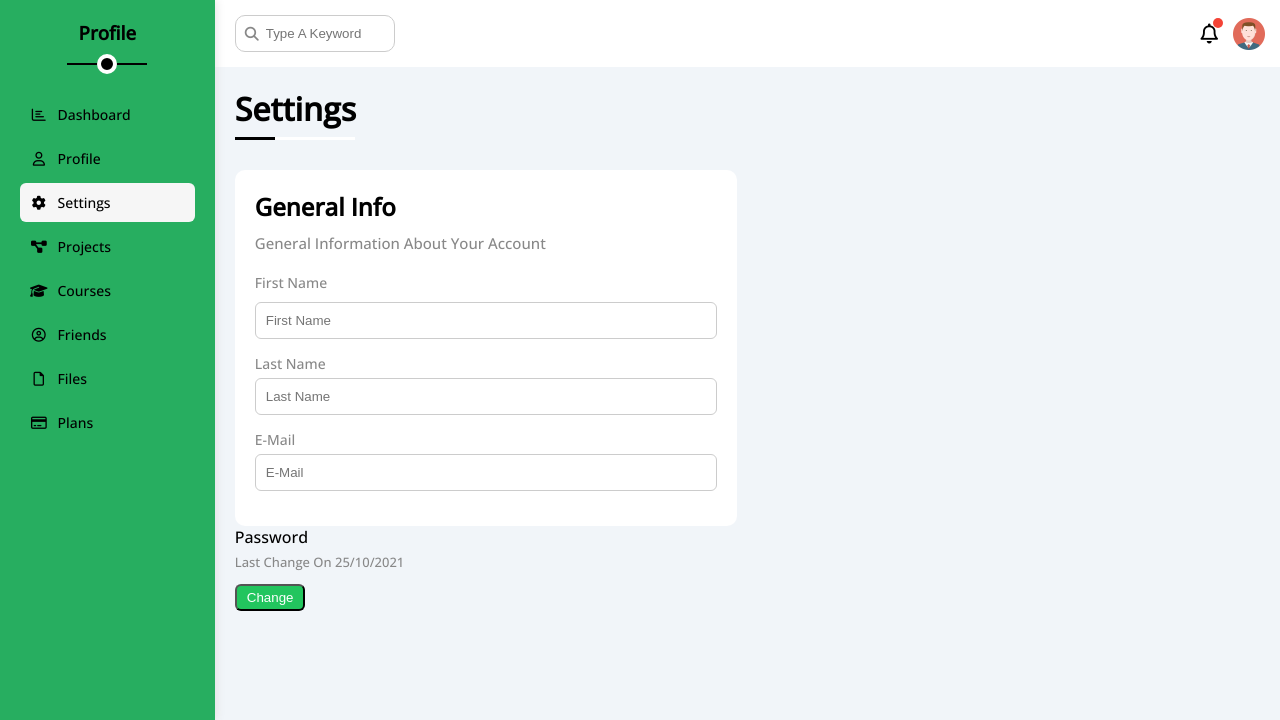
Repository: souhailaniba/Bookly
Page: public/assets/books webstie/settings.html
An editor plug-in stored every save of this project. The page is shown before and after the next save, followed by the edit.
The browser window is 1280 px wide. The pictures show the whole page.

Above is the page before, as saved 2023-01-27 15:01:37.

### public/assets/books webstie/settings.html
<!DOCTYPE html>
<html lang="en">
  <head>
    <meta charset="UTF-8" />
    <meta http-equiv="X-UA-Compatible" content="IE=edge" />
    <meta name="viewport" content="width=device-width, initial-scale=1.0" />
    <title>Settings</title>
    <link rel="stylesheet" href="css/all.min.css" />
    <link rel="stylesheet" href="css/framework.css" />
    <link rel="stylesheet" href="css/master.css" />
    <link rel="preconnect" href="https://fonts.googleapis.com" />
    <link rel="preconnect" href="https://fonts.gstatic.com" crossorigin />
    <link href="https://fonts.googleapis.com/css2?family=Open+Sans:wght@300;500&display=swap" rel="stylesheet" />
  </head>
  <body>
    <div class="page d-flex">
      <div class="sidebar bg-white p-20 p-relative"   style="background-color: #27ae60;">
        <h3 class="p-relative txt-c mt-0">Profile</h3>
        <ul>
          <li>
            <a class="d-flex align-center fs-14 c-black rad-6 p-10" href="profil.html">
              <i class="fa-regular fa-chart-bar fa-fw"></i>
              <span>Dashboard</span>
            </a>
          </li>
          <li>
            <a class="d-flex align-center fs-14 c-black rad-6 p-10" href="profile.html">
              <i class="fa-regular fa-user fa-fw"></i>
              <span>Profile</span>
            </a>
          </li>
          <li>
            <a class="active d-flex align-center fs-14 c-black rad-6 p-10" href="settings.html">
              <i class="fa-solid fa-gear fa-fw"></i>
              <span>Settings</span>
            </a>
          </li>
          <li>
            <a class="d-flex align-center fs-14 c-black rad-6 p-10" href="projects.html">
              <i class="fa-solid fa-diagram-project fa-fw"></i>
              <span>Projects</span>
            </a>
          </li>
          <li>
            <a class="d-flex align-center fs-14 c-black rad-6 p-10" href="courses.html">
              <i class="fa-solid fa-graduation-cap fa-fw"></i>
              <span>Courses</span>
            </a>
          </li>
          <li>
            <a class="d-flex align-center fs-14 c-black rad-6 p-10" href="friends.html">
              <i class="fa-regular fa-circle-user fa-fw"></i>
              <span>Friends</span>
            </a>
          </li>
          <li>
            <a class="d-flex align-center fs-14 c-black rad-6 p-10" href="files.html">
              <i class="fa-regular fa-file fa-fw"></i>
              <span>Files</span>
            </a>
          </li>
          <li>
            <a class="d-flex align-center fs-14 c-black rad-6 p-10" href="plans.html">
              <i class="fa-regular fa-credit-card fa-fw"></i>
              <span>Plans</span>
            </a>
          </li>
        </ul>
      </div>
      <div class="content w-full">
        <!-- Start Head -->
        <div class="head bg-white p-15 between-flex">
          <div class="search p-relative">
            <input class="p-10" type="search" placeholder="Type A Keyword" />
          </div>
          <div class="icons d-flex align-center">
            <span class="notification p-relative">
              <i class="fa-regular fa-bell fa-lg"></i>
            </span>
            <img src="imgs/avatar.png" alt="" />
          </div>
        </div>
        <!-- End Head -->
        <h1 class="p-relative">Settings</h1>
        <div class="settings-page m-20 d-grid gap-20">
          <!-- Start Settings Box -->
          <form action="">
            <div class="p-20 bg-white rad-10">
              <h2 class="mt-0 mb-10">General Info</h2>
              <p class="mt-0 mb-20 c-grey fs-15">General Information About Your Account</p>
              <div class="mb-15">
                <label class="fs-14 c-grey d-block mb-10" for="first">First Name</label>
                <input
                  class="b-none border-ccc p-10 rad-6 d-block w-full"
                  type="text"
                  id="first"
                  placeholder="First Name"
                />
              </div>
              <div class="mb-15">
                <label class="fs-14 c-grey d-block mb-5" for="last">Last Name</label>
                <input
                  class="b-none border-ccc p-10 rad-6 d-block w-full"
                  id="last"
                  type="text"
                  placeholder="Last Name"
                />
              </div>
              <div class="mb-15">
                <label class="fs-14 c-grey d-block mb-5" for="email">E-Mail</label>
                <input
                  class="b-none border-ccc p-10 rad-6 d-block w-full"
                  id="email"
                  type="email"
                  placeholder="E-Mail"
                />
              </div>
            </div>
              <div>
                <span>Password</span>
                <p class="c-grey mt-5 mb-0 fs-13">Last Change On 25/10/2021</p>
              </div>
              <button class="button bg-green c-white btn-shape" type="submit" action="">Change</button>
            </div>
          </div>
        </form>
          <!-- End Settings Box -->
        </div>
      </div>
    </div>
  </body>
</html>

### public/assets/books webstie/css/framework.css
:root {
  --blue-color: #0075ff;
  --blue-alt-color: #0d69d5;
  --orange-color: #f59e0b;
  --green-color: #22c55e;
  --red-color: #f44336;
  --grey-color: #888;
}
/* Start Box */
.d-flex {
  display: flex;
}
.f-wrap {
  flex-wrap: wrap;
}
.align-center {
  align-items: center;
}
.space-between {
  justify-content: space-between;
}
.d-grid {
  display: grid;
}
.gap-20 {
  gap: 20px;
}
.d-block {
  display: block;
}
@media (max-width: 767px) {
  .block-mobile {
    display: block;
  }
  .hide-mobile {
    display: none;
  }
}
/* End Box */
/* Start Padding + Margin */
.p-10 {
  padding: 10px;
}
.p-15 {
  padding: 15px;
}
.p-20 {
  padding: 20px;
}
.pt-10 {
  padding-top: 10px;
}
.pt-15 {
  padding-top: 15px;
}
.pt-20 {
  padding-top: 20px;
}
.pb-10 {
  padding-bottom: 10px;
}
.pb-15 {
  padding-bottom: 15px;
}
.pb-20 {
  padding-bottom: 20px;
}
.pl-15 {
  padding-left: 15px;
}
.m-0 {
  margin: 0;
}
.m-15 {
  margin: 15px;
}
.m-20 {
  margin: 20px;
}
.mt-0 {
  margin-top: 0;
}
.mt-5 {
  margin-top: 5px;
}
.mt-10 {
  margin-top: 10px;
}
.mt-15 {
  margin-top: 15px;
}
.mt-20 {
  margin-top: 20px;
}
.mt-25 {
  margin-top: 25px;
}
.mr-10 {
  margin-right: 10px;
}
.mr-15 {
  margin-right: 15px;
}
.mb-5 {
  margin-bottom: 5px;
}
.mb-10 {
  margin-bottom: 10px;
}
.mb-15 {
  margin-bottom: 15px;
}
.mb-20 {
  margin-bottom: 20px;
}
.mb-25 {
  margin-bottom: 25px;
}
/* End Padding + Margin */
/* Start Color */
.c-black {
  color: black;
}
.c-white {
  color: white;
}
.c-grey {
  color: var(--grey-color);
}
.c-red {
  color: var(--red-color);
}
.c-green {
  color: var(--green-color);
}
.c-blue {
  color: var(--blue-color);
}
.c-orange {
  color: var(--orange-color);
}
.bg-red {
  background-color: var(--red-color);
}
.bg-green {
  background-color: var(--green-color);
}
.bg-blue {
  background-color: var(--blue-color);
}
.bg-orange {
  background-color: var(--orange-color);
}
.bg-white {
  background-color: white;
}
.bg-eee {
  background-color: #eee;
}
/* End Color */
/* Start Position */
.p-relative {
  position: relative;
}
.p-absolute {
  position: absolute;
}
/* End Position */
/* Start Font */
.txt-c {
  text-align: center;
}
.fs-13 {
  font-size: 13px;
}
.fs-14 {
  font-size: 14px;
}
.fs-15 {
  font-size: 15px;
}
.fs-25 {
  font-size: 25px;
}
.fw-bold {
  font-weight: bold;
}
@media (max-width: 767px) {
  .txt-c-mobile {
    text-align: center;
  }
}
/* End Font */
/* Start Border */
.rad-6 {
  border-radius: 6px;
}
.rad-10 {
  border-radius: 10px;
}
.rad-half {
  border-radius: 50%;
}
.b-none {
  border: none;
}
.border-ccc {
  border: 1px solid #ccc;
}
.border-eee {
  border: 1px solid #eee;
}

/* End Border */
/* Start Width + Height */
.w-full {
  width: 100%;
}
.w-100 {
  width: 100px;
}
.w-fit {
  width: fit-content;
}
.h-full {
  height: 100%;
}
.h-100 {
  height: 100px;
}
/* End Width + Height */
/* Start Components */
.center-flex {
  display: flex;
  align-items: center;
  justify-content: center;
}
.between-flex {
  display: flex;
  align-items: center;
  justify-content: space-between;
}
.btn-shape {
  padding: 4px 10px;
  border-radius: 6px;
}
/* End Components */

Loaded but not shown: public/assets/books webstie/css/all.min.css (library); public/assets/books webstie/css/master.css (1171 lines, source omitted)

After the next save:
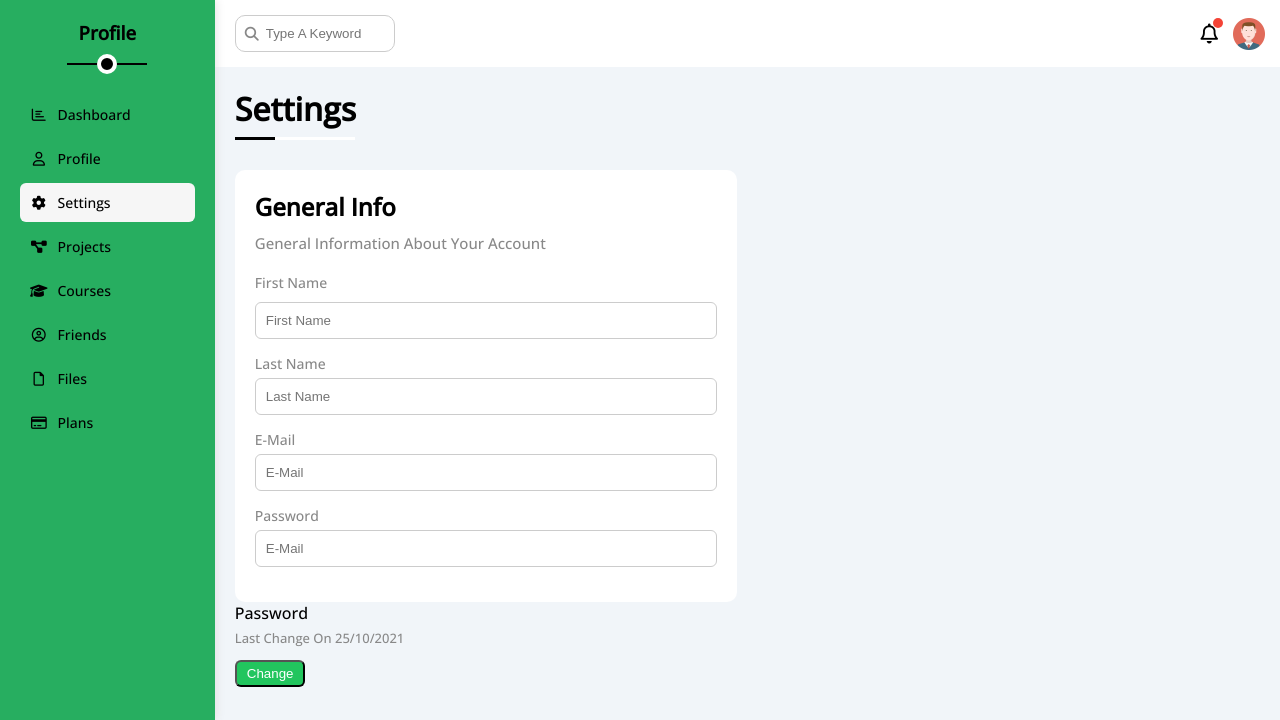
Saved 20 s later.
--- a/public/assets/books webstie/settings.html
+++ b/public/assets/books webstie/settings.html
@@ -115,6 +115,15 @@
                   placeholder="E-Mail"
                 />
               </div>
+              <div class="mb-15">
+                <label class="fs-14 c-grey d-block mb-5" for="email">Password</label>
+                <input
+                  class="b-none border-ccc p-10 rad-6 d-block w-full"
+                  id="email"
+                  type="email"
+                  placeholder="E-Mail"
+                />
+              </div>
             </div>
               <div>
                 <span>Password</span>
